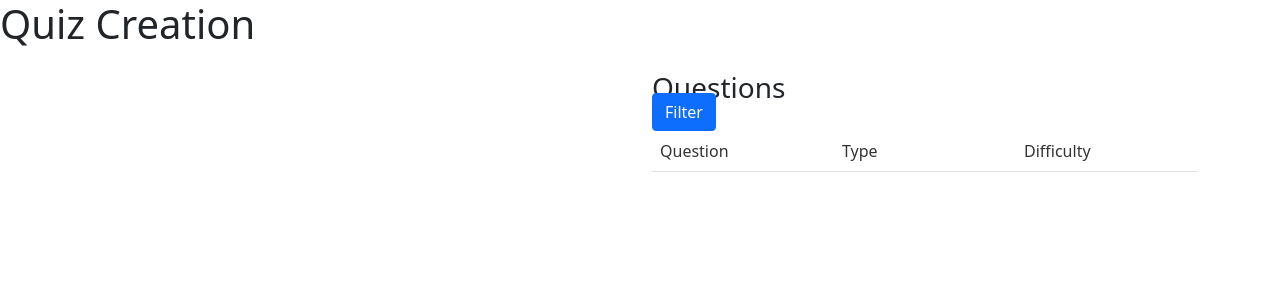
Repository: kavine24/CS490-Python-LMS
Page: html/portal/t/CreateQuiz.html
An editor plug-in stored every save of this project. The page is shown before and after the next save, followed by the edit.
The browser window is 1280 px wide. The pictures show the whole page.
The page's requests for data from a server got no answer. Some web libraries are served in a nearby version.

Above is the page before, as saved 2022-04-04 18:31:27.
Console error: ReferenceError: $ is not defined

### html/portal/t/CreateQuiz.html
<!DOCTYPE html>
<html>
  <head>
    <title>Create Quiz</title>
    <!--<link rel="stylesheet" href="style.css">-->

    <link href="https://cdn.jsdelivr.net/npm/bootstrap@5.1.3/dist/css/bootstrap.min.css" rel="stylesheet" integrity="sha384-1BmE4kWBq78iYhFldvKuhfTAU6auU8tT94WrHftjDbrCEXSU1oBoqyl2QvZ6jIW3" crossorigin="anonymous">
  </head>

  <style>
    .filterable {
    margin-top: 15px;
    }
    .filterable .panel-heading .pull-right {
        margin-top: -20px;
    }
    .filterable .filters input[disabled] {
        background-color: transparent;
        border: none;
        cursor: auto;
        box-shadow: none;
        padding: 0;
        height: auto;
    }
    .filterable .filters input[disabled]::-webkit-input-placeholder {
        color: #333;
    }
    .filterable .filters input[disabled]::-moz-placeholder {
        color: #333;
    }
    .filterable .filters input[disabled]:-ms-input-placeholder {
        color: #333;
    }
  </style>

  <body>
    <h1>Quiz Creation</h1>

    <div class="container">
      <div class="row justify-content-around">
        <div class="col-6">
           <form id="createExam">

           </form>
        </div>

        <div class="col-6">
          <div class="panel panel-primary filterable">
            <div class="panel-heading">
              <h3 class="panel-title">Questions</h3>
                <div class="pull-right">
                  <button class="btn btn-primary btn-xs btn-filter"><span class="glyphicon glyphicon-filter"></span>Filter</button>
                </div>
            </div>

            <table class="table">
              <thead>
                <tr class="filters">
                  <th><input type="text" class="form-control" placeholder="Question" disabled></th>
                  <th><input type="text" class="form-control" placeholder="Type" disabled></th>
                  <th><input type="text" class="form-control" placeholder="Difficulty" disabled></th>
                </tr>
              </thead>

              <tbody id="tableBody">
              </tbody>
            </table>
          </div>
        </div>
      </div>
    </div>


    <script>
      $(document).ready(function(){
        $('.filterable .btn-filter').click(function(){
          var $panel = $(this).parents('.filterable'),
          $filters = $panel.find('.filters input'),
          $tbody = $panel.find('.table tbody');
          if ($filters.prop('disabled') == true) {
            $filters.prop('disabled', false);
            $filters.first().focus();
          } else {
            $filters.val('').prop('disabled', true);
            $tbody.find('.no-result').remove();
            $tbody.find('tr').show();
          }
        });

        $('.filterable .filters input').keyup(function(e){
          /* Ignore tab key */
          var code = e.keyCode || e.which;
          if (code == '9') return;
          /* Useful DOM data and selectors */
          var $input = $(this),
          inputContent = $input.val().toLowerCase(),
          $panel = $input.parents('.filterable'),
          column = $panel.find('.filters th').index($input.parents('th')),
          $table = $panel.find('.table'),
          $rows = $table.find('tbody tr');
          /* Dirtiest filter function ever ;) */
          var $filteredRows = $rows.filter(function(){
            var value = $(this).find('td').eq(column).text().toLowerCase();
            return value.indexOf(inputContent) === -1;
          });
          /* Clean previous no-result if exist */
          $table.find('tbody .no-result').remove();
          /* Show all rows, hide filtered ones (never do that outside of a demo ! xD) */
          $rows.show();
          $filteredRows.hide();
          /* Prepend no-result row if all rows are filtered */
          if ($filteredRows.length === $rows.length) {
            $table.find('tbody').prepend($('<tr class="no-result text-center"><td colspan="'+ $table.find('.filters th').length +'">No result found</td></tr>'));
          }
        });
      });

      // add all necacarry event listeners
      //submit listener
      const form = document.getElementById("createExam");
      function handleForm(event) { event.preventDefault(); }
      form.addEventListener('submit', handleForm);

      let attemptMade = true;

      const points = [];
      const questions = [];

      updateQuestionTable();


      function submitExam(){

      }


      function updateQuestionTable(){
        let requestType = "DisplayQuestionsFTM"
        const data = {requestType};

        const options = {
          method:'POST',
          headers: {
              "Content-type": "application/json; charset=UTF-8"
          },
          body: JSON.stringify(data)
        };
        fetch('http://cs490testcenter.ddns.net:50000/portal/frontBrowser.php', options)
        .then(response => response.json())
        .then(data => {
          console.log(data);
          for(let i = 0; i < data.length; i++){
            const tr = document.createElement("tr");

            const questionText = document.createElement("td")
            const typeText = document.createElement("td")
            const difficultyText = document.createElement("td")

            questionText.innerHTML = data[i].question;
            typeText.innerHTML = (data[i].type == 1 ? "For Loop, " : (data[i].type == 2 ? "While Loop, " :"Nested For Loop, "));
            difficultyText.innerHTML = (data[i].difficulty == 1? "Easy<br>" : (data[i].difficulty == 2? "Medium<br>" :"Hard<br>"))

            tr.appendChild(questionText);
            tr.appendChild(typeText);
            tr.appendChild(difficultyText);

            questions.push(tr);

            document.getElementById("tableBody").appendChild(tr);
          }
        })
        .catch((error) => {
          console.error('Error:', error);
        });
      }
    </script>

  </body>
</html>

After the next save:
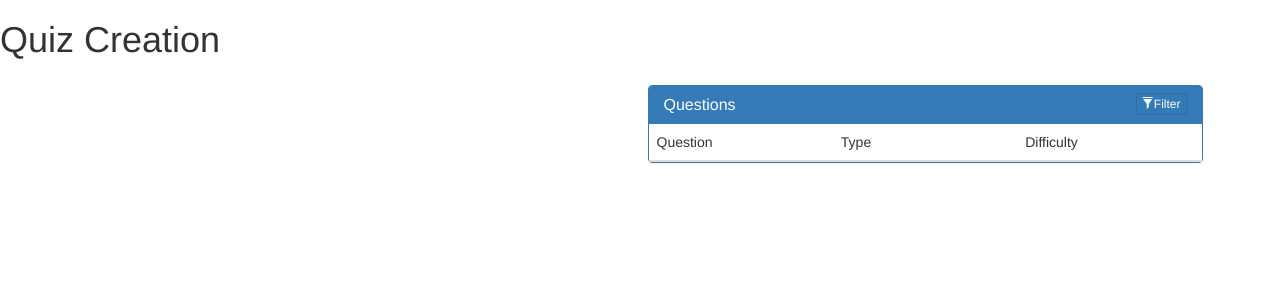
The error is gone.
Saved 16 s later.
--- a/html/portal/t/CreateQuiz.html
+++ b/html/portal/t/CreateQuiz.html
@@ -5,6 +5,9 @@
     <!--<link rel="stylesheet" href="style.css">-->
 
     <link href="https://cdn.jsdelivr.net/npm/bootstrap@5.1.3/dist/css/bootstrap.min.css" rel="stylesheet" integrity="sha384-1BmE4kWBq78iYhFldvKuhfTAU6auU8tT94WrHftjDbrCEXSU1oBoqyl2QvZ6jIW3" crossorigin="anonymous">
+    <link href="//netdna.bootstrapcdn.com/bootstrap/3.1.0/css/bootstrap.min.css" rel="stylesheet" id="bootstrap-css">
+    <script src="//code.jquery.com/jquery-1.11.1.min.js"></script>
+    <script src="//netdna.bootstrapcdn.com/bootstrap/3.1.0/js/bootstrap.min.js"></script>
   </head>
 
   <style>
